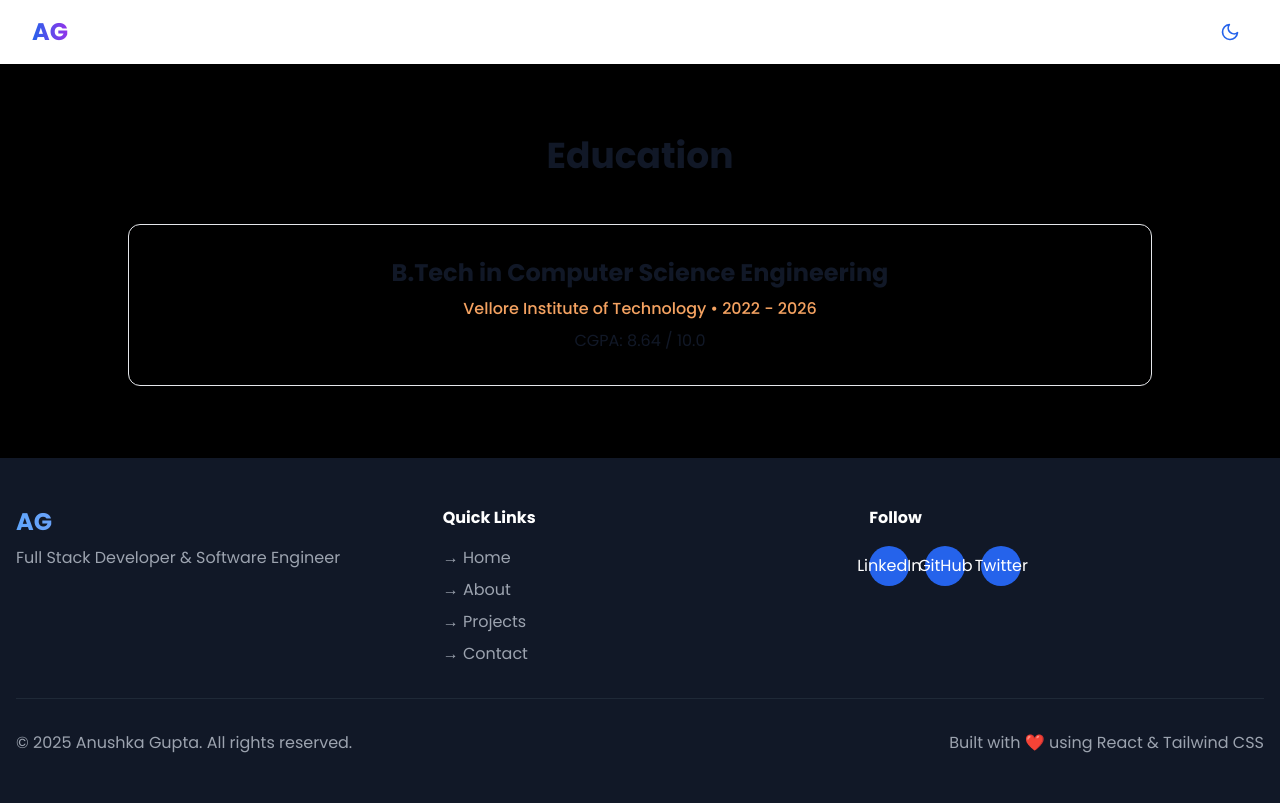
Repository: AnushkaGupta1120/Portfolio
Page: /education
An editor plug-in stored every save of this project. The page is shown before and after the next save, followed by the edit.
The browser window is 1280 px wide. The pictures show the whole page.
The project was rebuilt for these pictures with package versions that can differ from the ones it lists, and the page was loaded fresh each time. Also part of the build but not shown: vite.config.js, src/styles/Home.css, src/pages/Hero.jsx, src/pages/About.jsx, src/pages/SkillsCategories.jsx, src/pages/Skills.jsx, src/pages/ProjectCard.jsx, src/pages/Projects.jsx and 4 more.

Above is the page before, as saved 2025-12-22 12:51:20.

After the next save:
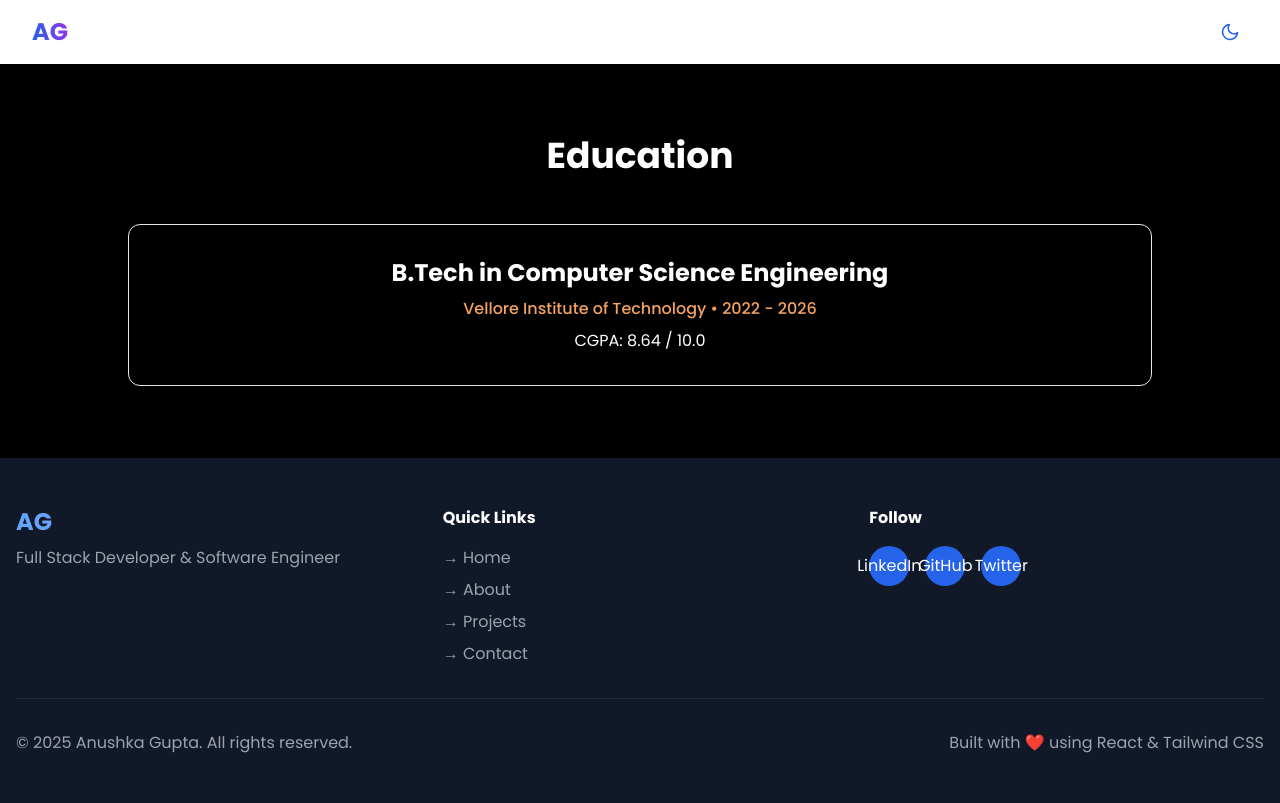
Saved 26 s later.
--- a/src/pages/Education.jsx
+++ b/src/pages/Education.jsx
@@ -18,7 +18,7 @@ export default function Education() {
       id="education"
       className={`section
                   bg-section-light bg-section-dark
-                  text-gray-900 dark:text-gray-100
+                  text-white dark:text-gray-100
                   transition-all duration-500
                   ${visible ? "opacity-100 translate-y-0" : "opacity-0 translate-y-8"}
                   transform ease-out`}
